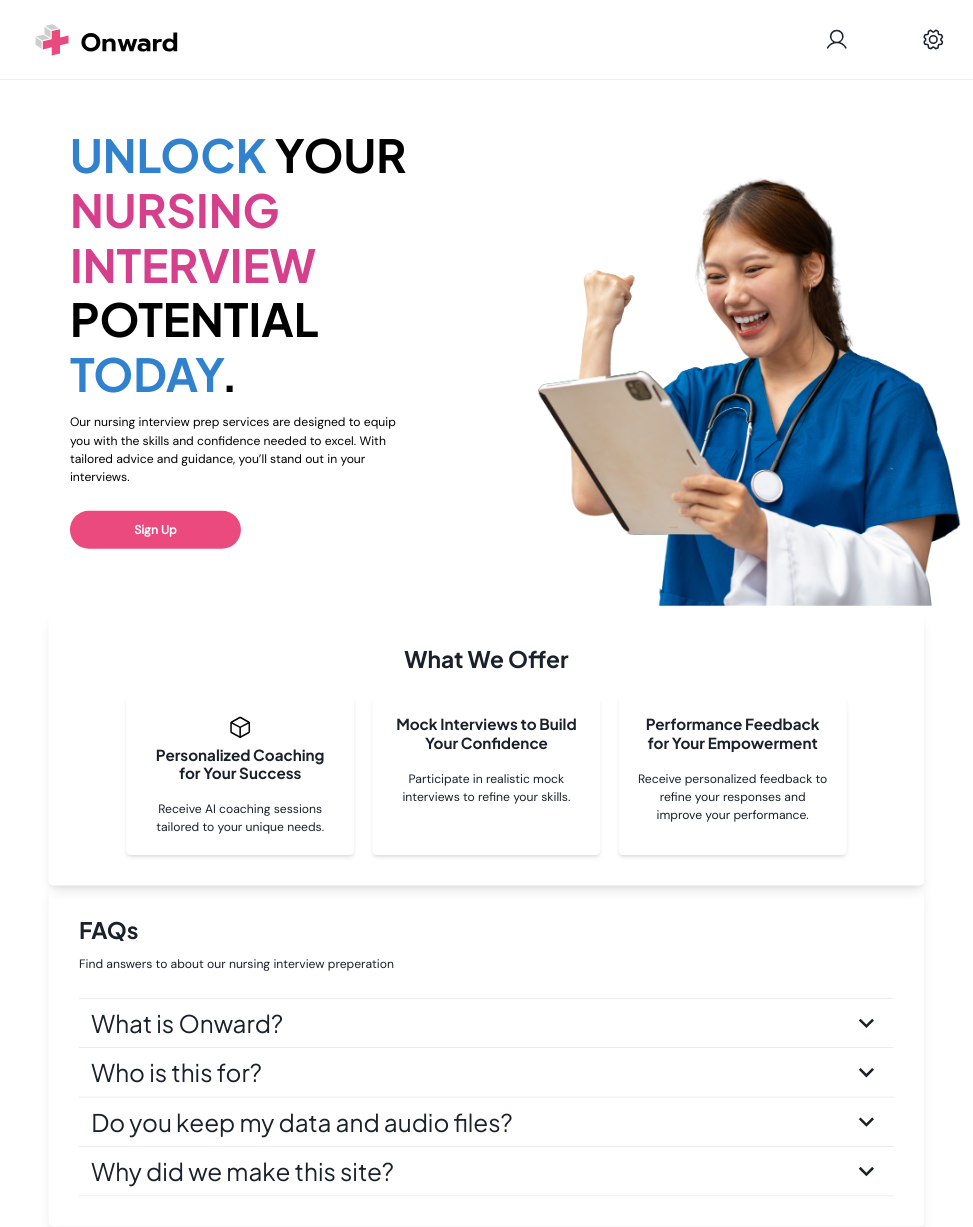
Repository: Aladdin3r/onward
Page: /landing-page
These files come from the project's save history. The page is drawn as it stood at one moment and after the next save; the edit follows.
The browser window is 1280 px wide. The pictures show the whole page, at 76% of full size.
The project was rebuilt for these pictures with package versions that can differ from the ones it lists, and the page was loaded fresh each time. The framework's server and built-in components were replaced by stand-ins that run in the browser. Also part of the build but not shown: next.config.mjs, styles/components/AppTopNav.js, styles/components/Layout.js.

Above is the page before, as saved 2024-10-29 02:49:47.

### pages/_app.js
import { ChakraProvider } from "@chakra-ui/react";
import theme from "@/styles/theme";

function MyApp({ Component, pageProps }) {
  return (
    <ChakraProvider theme={theme}>
      <Component {...pageProps} />
    </ChakraProvider>
  );
}

export default MyApp;

### pages/_document.js
import { Html, Head, Main, NextScript } from "next/document";

export default function Document() {
  return (
    <Html lang="en">
      <Head>
        <link
          href="https://fonts.googleapis.com/css2?family=DM+Sans:wght@400&family=Plus+Jakarta+Sans:wght@400;600;700&display=swap"
          rel="stylesheet"
        />
      </Head>
      <body>
        <Main />
        <NextScript />
      </body>
    </Html>
  );
}

### pages/landing-page.js
import {
    Box,
    Flex,
    Heading,
    Text,
    Stack,
    Button,
    Accordion,
    AccordionItem,
    AccordionButton,
    AccordionPanel,
    AccordionIcon,
    Image
} from "@chakra-ui/react";
import Layout from "@/styles/components/Layout";
import TopNav from "@/styles/components/TopNav";
import AppTopNav from "@/styles/components/AppTopNav";
import { useRouter } from 'next/router';

export default function Home() {
    const router = useRouter();

    // Button action function
    const handleSignUp = () => {
        router.push('/signup'); // Navigate to the sign-up page
    };

    return (
        <>
            {/* Hero Section */}
            <TopNav />

            <Flex //hero card
                p={3}
                width="100%"
                mb={0}
                flexDirection="row"
                alignItems="center"
                justifyContent="space-between"
                gap="2rem"  // Adds a gap between text and image
            >

                <Flex //left text
                    flexDirection="column" zIndex={1}
                    ml="20"
                >
                    <Heading
                        fontFamily="heading"
                        fontSize="6xl"
                        fontWeight="bold"
                        width="88%"
                        mb={4}
                    >
                        <Text as="span" color="blue.500">UNLOCK </Text>
                        <Text as="span" color="black">YOUR </Text>
                        <Text as="span" color="pink.500">NURSING INTERVIEW </Text>
                        <Text as="span" color="black">POTENTIAL </Text>
                        <Text as="span" color="blue.500">TODAY</Text>
                        <Text as="span" color="black">. </Text>
                    </Heading>
                    <Text fontFamily="body" fontSize="x" color="black" mb={6} width="78%">
                        Our nursing interview prep services are designed to equip you with the skills and confidence needed to excel. With tailored advice and guidance, you’ll stand out in your interviews.
                    </Text>
                    <Button
                        mt="2"
                        bg="#EA4A7D"
                        color="#FFFFFF"
                        width="50%"
                        height="50px"
                        maxW="225px"
                        fontWeight="semibold"
                        fontSize="16px"
                        borderRadius="full"
                        px="6"
                        mb="6"
                    >
                        Sign Up
                    </Button>
                </Flex>

                <Box width="45%" flexShrink={0}>
                    <Image
                        src="/images/ipad-nurse.png"
                        alt="IPad Nurse"
                        width="100%"
                        height="auto"
                        objectFit="cover"

                    />
                </Box>

            </Flex>



            {/* What We Offer Section */}
            <Box p={10} textAlign="center"  borderRadius="md" boxShadow="lg" maxW="90%" mx="auto" >
                <Heading fontFamily="heading" fontSize="3xl" mb={8}>What We Offer</Heading>
                <Flex justify="center" gap={6}>
                    <Stack width="300px" borderRadius="md" boxShadow="md" p={6} textAlign="center" alignItems="center">
                        <svg xmlns="http://www.w3.org/2000/svg" width="32" height="32" fill="#000000" viewBox="0 0 256 256"><path d="M223.68,66.15,135.68,18h0a15.88,15.88,0,0,0-15.36,0l-88,48.17a16,16,0,0,0-8.32,14v95.64a16,16,0,0,0,8.32,14l88,48.17a15.88,15.88,0,0,0,15.36,0l88-48.17a16,16,0,0,0,8.32-14V80.18A16,16,0,0,0,223.68,66.15ZM128,32h0l80.34,44L128,120,47.66,76ZM40,90l80,43.78v85.79L40,175.82Zm96,129.57V133.82L216,90v85.78Z"></path></svg>
                        <Heading fontFamily="heading" fontSize="xl" mb={4}>Personalized Coaching for Your Success</Heading>
                        <Text fontFamily="body">
                            Receive AI coaching sessions tailored to your unique needs.
                        </Text>
                    </Stack>
                    <Stack width="300px" borderRadius="md" boxShadow="md" p={6} textAlign="center">
                        <Heading fontFamily="heading" fontSize="xl" mb={4}>Mock Interviews to Build Your Confidence</Heading>
                        <Text fontFamily="body">
                            Participate in realistic mock interviews to refine your skills.
                        </Text>
                    </Stack>
                    <Stack width="300px" borderRadius="md" boxShadow="md" p={6} textAlign="center">
                        <Heading fontFamily="heading" fontSize="xl" mb={4}>Performance Feedback for Your Empowerment</Heading>
                        <Text fontFamily="body">
                            Receive personalized feedback to refine your responses and improve your performance.
                        </Text>
                    </Stack>
                </Flex>
            </Box>

            {/* FAQ Section */}
            <Box p={10} borderRadius="md" boxShadow="lg" maxW="90%" mx="auto">
                <Heading fontFamily="heading" fontSize="3xl" textAlign="left" mb={4}>FAQs</Heading>
                <Text fontFamily="body" fontSize="s" textAlign="left" mb={8}>
                    Find answers to about our nursing interview preperation
                </Text>
                <Accordion allowToggle>
                    <AccordionItem>
                        <h2>
                            <AccordionButton>
                                <Box as="span" flex="1" textAlign="left" fontFamily="heading">What is Onward?</Box>
                                <AccordionIcon />
                            </AccordionButton>
                        </h2>
                        <AccordionPanel pb={4} fontFamily="body">
                            Onward is an AI-powered personal interview coach designed for nurses to enhance their job interview skills.
                        </AccordionPanel>
                    </AccordionItem>
                    <AccordionItem>
                        <h2>
                            <AccordionButton>
                                <Box as="span" flex="1" textAlign="left" fontFamily="heading">Who is this for?</Box>
                                <AccordionIcon />
                            </AccordionButton>
                        </h2>
                        <AccordionPanel pb={4} fontFamily="body">
                            This service is designed for nurses, especially those new to the Canadian healthcare system.
                        </AccordionPanel>
                    </AccordionItem>
                    <AccordionItem>
                        <h2>
                            <AccordionButton>
                                <Box as="span" flex="1" textAlign="left" fontFamily="heading">Do you keep my data and audio files?</Box>
                                <AccordionIcon />
                            </AccordionButton>
                        </h2>
                        <AccordionPanel pb={4} fontFamily="body">
                            Yes, we securely store data as per our privacy policy to enhance your interview coaching experience.
                        </AccordionPanel>
                    </AccordionItem>
                    <AccordionItem>
                        <h2>
                            <AccordionButton>
                                <Box as="span" flex="1" textAlign="left" fontFamily="heading">Why did we make this site?</Box>
                                <AccordionIcon />
                            </AccordionButton>
                        </h2>
                        <AccordionPanel pb={4} fontFamily="body">
                            Onward aims to empower nurses by providing interview preparation tools tailored to their needs.
                        </AccordionPanel>
                    </AccordionItem>
                </Accordion>
            </Box>
        </>
    );
}

### styles/theme.js
import { extendTheme } from "@chakra-ui/react";
import { theme as chakraTheme } from "@chakra-ui/react";
import Button from './components/Button';
import { Stepper } from "@chakra-ui/react";

const fonts = {
    ...chakraTheme.fonts,
    body: "DM Sans",
    heading: "Plus Jakarta Sans",
}

const overrides = {
    ...chakraTheme,
    fonts,
    components: {
        Button: {
            ...Button,
        },
    },
    fontWeights: {
        normal: 400,
        medium: 500,
        bold: 700,
    },
    fontSizes: {
        xxs: "14pt",
        xs: "16pt",
        sm: "20pt",
        md: "24pt",
        lg: "32pt",
    },
    colors: {
       brand: {
        blushPink: "#EA4A7D",
        pastelBlue: "#CBD5FF",
        blueberryCreme: "#EBEFFF",
        frostWhite: "#FAFAFA",
        nightBlack: "#1f1f1f",
        platinum: "#e2e2e2",
        confirmationGreen: "#61CD3D",
        imperialRed: "EA4A4D",
        canaryYellow: "#EAE84A",
        oceanBlue: "#214DDF",
        pureWhite: "#FFFFFF"
        }
    },
    styles: {
        global: {
            body: {
                bg: "frostWhite",
            },
        },
    },
}

const customTheme = extendTheme(overrides);

export default customTheme;

### styles/components/TopNav.js
'use client'
import {
    Box,
    Flex,
    useColorModeValue,
    IconButton,
    Image,
    Link,
} from "@chakra-ui/react";
import { User, Gear } from "@phosphor-icons/react";

export default function TopNav() {
    const bgColor = useColorModeValue('#fff', 'brand.nightBlack');

    return (
        <Box bg={bgColor} px={4} borderBottom="1px solid #E6EAF2">
            <Flex h={"104px"} alignItems={'center'} justifyContent={'space-between'}>
                <Box fontSize={{ base: 'md', md: 'lg' }}>
                    <Link href="/">
                        <Image src="logo.svg" boxSize="253px" alt="Onward Logo" style={{ padding: "30px" }} />
                    </Link>
                </Box>
                <Flex alignItems={'center'}>
                    <Link href="/user">
                        <IconButton
                            aria-label="User settings"
                            icon={<User />}
                            variant="ghost"
                            mr="55px"
                        />
                    </Link>
                    <Link href="/settings">
                        <IconButton
                            aria-label="Settings"
                            icon={<Gear />}
                            variant="ghost"
                        />
                    </Link>
                </Flex>
            </Flex>
        </Box>
    );
}

### styles/components/Button.js
const Button = {
    baseStyle: {
      display: 'flex',
      borderRadius: '999px',
      fontFamily: 'DM Sans',
      _hover: {
        boxShadow: '0px 4px 4px 0px rgba(0, 0, 0, 0.45)',
      },
      padding: 3,
    },
    sizes: {
      xs: {
        fontSize: ['12pt', '14pt', '16pt'], // Responsive font sizes for xs
        px: [2, 3], // Responsive padding
      },
      sm: {
        fontSize: ['14pt', '16pt', '20pt'],
        px: [2, 4],
      },
      md: {
        fontSize: ['16pt', '20pt', '24pt'],
        px: [3, 5],
      },
      lg: {
        fontSize: ['20pt', '28pt', '32pt'],
        px: [4, 6],
      },
    },
    variants: {
      lgPrimary: {
        bg: 'brand.blushPink',
        color: 'brand.frostWhite',
        width: ['100%', '325px'], // 100% width on smaller screens
        height: '72px',
        fontSize: ['20pt', '28pt', '32pt'], // Responsive font size
        borderRadius: '999px',
      },
      mdPrimary: {
        bg: 'brand.blushPink',
        color: 'brand.frostWhite',
        width: ['100%', '225px'],
        height: '72px',
        fontSize: ['16pt', '20pt', '24pt'],
        borderRadius: '999px',
      },
      smPrimary: {
        bg: 'brand.blushPink',
        color: 'brand.frostWhite',
        width: ['100%', '150px'],
        height: '64px',
        fontSize: ['14pt', '16pt', '20pt'],
        borderRadius: '999px',
      },
      xsPrimary: {
        bg: 'brand.blushPink',
        color: 'brand.frostWhite',
        width: ['100%', '117px'],
        height: '32px',
        fontSize: ['12pt', '14pt', '18pt'],
        borderRadius: '999px',
      },
      lgSecondary: {
        bg: 'brand.platinum',
        color: 'brand.nightBlack',
        width: ['100%', '325px'],
        height: '72px',
        fontSize: ['20pt', '28pt', '32pt'],
        borderRadius: '999px',
        _hover: {
          bg: 'brand.blushPink',
          color: 'brand.frostWhite',
          boxShadow: '0px 4px 4px 0px rgba(0, 0, 0, 0.45)',
        },
      },
      mdSecondary: {
        bg: 'brand.platinum',
        color: 'brand.nightBlack',
        width: ['100%', '225px'],
        height: '72px',
        fontSize: ['16pt', '20pt', '24pt'],
        borderRadius: '999px',
        _hover: {
          bg: 'brand.blushPink',
          color: 'brand.frostWhite',
          boxShadow: '0px 4px 4px 0px rgba(0, 0, 0, 0.45)',
        },
      },
      smSecondary: {
        bg: 'brand.platinum',
        color: 'brand.nightBlack',
        width: ['100%', '150px'],
        height: '64px',
        fontSize: ['14pt', '16pt', '20pt'],
        borderRadius: '999px',
        _hover: {
          bg: 'brand.blushPink',
          color: 'brand.frostWhite',
          boxShadow: '0px 4px 4px 0px rgba(0, 0, 0, 0.45)',
        },
      },
      xsSecondary: {
        bg: 'brand.platinum',
        color: 'brand.nightBlack',
        width: ['100%', '117px'],
        height: '32px',
        fontSize: ['12pt', '14pt', '18pt'],
        borderRadius: '999px',
        _hover: {
          bg: 'brand.blushPink',
          color: 'brand.frostWhite',
          boxShadow: '0px 4px 4px 0px rgba(0, 0, 0, 0.45)',
        },
      },
    },
  };

  export default Button;

### styles/components/SideNav.js
import { useState } from "react";
import PropTypes from "prop-types";
import Link from "next/link";
import { Box, Flex, Text, VStack, Image } from "@chakra-ui/react";
import { ChalkboardTeacher, ClockCounterClockwise, UserSound, Presentation, User, Gear } from "@phosphor-icons/react";

// Define each variant and associated icon, label, and path(s)
const variants = {
  default: {
    label: "Dashboard",
    icon: <UserSound size={32} />,
    path: "/"
  },
  variant2: {
    label: "Mock Interview",
    icon: <ChalkboardTeacher size={32} />,
    path: "/mock-interview"
  },
  variant3: {
    label: "Practice Interview",
    icon: <Presentation size={32} />,
    path: [
      "/practice-interview",
      "/practice-interview-filter",
      "/practice-interview-questions",
      "/practice-interview-answer",
      "/practice"
    ]
  },
  variant4: {
    label: "History",
    icon: <ClockCounterClockwise size={32} />,
    path: "/history"
  },
};

// Define the bottom section items with default values
const defaultBottomVariants = {
  account: {
    label: "Account",
    icon: <User size={18} />,
    path: "/account"
  },
  settings: {
    label: "Settings",
    icon: <Gear size={18} />,
    path: "/settings"
  },
  signOut: {
    label: "Sign Out",
    icon: null,
    path: "/"
  }
};

// Main SideNavBar component
export const SideNavBar = ({ activeVariant, bottomVariants = defaultBottomVariants }) => {
  return (
    <Flex
      bg="brand.blueberryCreme"
      height="100vh"
      width="280px"
      position="fixed"
      flexDir="column"
    >
      {/* logo box */}
      <Box fontSize={{ base: 'sm', md: 'md' }} mt="1rem">
        <Link href="/">
          <Image src="logo.svg" alt="Onward Logo" style={{ padding: "0.6rem" }} width="100%" />
        </Link>
      </Box>

      {/* nav menu */}
      <Box mt="1.5rem" overflow="hidden">
        <VStack align="flex-start" spacing={2} width="100%" ml="10%">
          {variants && Object.keys(variants).map((variant) => {
            const isActive = activeVariant === variant;
            return (
              <Link href={Array.isArray(variants[variant].path) ? variants[variant].path[0] : variants[variant].path} key={variant} passHref>
                <Flex
                  align="center"
                  cursor="pointer"
                  width="280px"
                  bg={isActive ? "brand.blushPink" : "none"} // Active background
                  color={isActive ? "brand.frostWhite" : "initial"} // Active text color
                  p={3}
                  borderLeftRadius="26px"
                  transition="transform 0.5s ease-in-out, background-color 0.4s, color 0.4s"
                  _hover={{
                    bg: "brand.blushPink",
                    color: "brand.frostWhite",
                    borderRadius: "26px 0 0 26px",
                    transition: "background-color 0.3s, transform 0.3s",
                  }}
                >
                  <Box pl={isActive ? "5rem" : 0} mr={4}>
                    {variants[variant].icon}
                  </Box>
                  <Text fontFamily="body" fontSize="18px" fontWeight="bold">
                    {variants[variant].label}
                  </Text>
                </Flex>
              </Link>
            );
          })}
        </VStack>
      </Box>

      {/* Bottom Section for Account, Settings, and Sign Out Links */}
      <Box mb={2} mt="13rem" width="100%">
        <VStack width="100%" align="flex-end">
          {bottomVariants && Object.keys(bottomVariants).map((variant) => {
            const isActive = activeVariant === variant;
            return (
              <Link
                href={bottomVariants[variant].path}
                key={variant}
                passHref
              >
                <Flex
                  align="center"
                  cursor="pointer"
                  width="100%"
                  height="1.3rem"
                  bg={isActive ? "brand.blushPink" : "none"} // Active background
                  color={isActive ? "brand.frostWhite" : "initial"} // Active text color
                  borderRadius="md"
                  pr="1.5rem"
                  transition="transform 0.3s ease-in-out, background-color 0.3s, color 0.3s"
                  _hover={{
                    color: "brand.blushPink",
                    borderRadius: "26px 0 0 26px",
                    transition: "background-color 0.3s, transform 0.3s",
                  }}
                >

                  <Box mr={3}>
                    {bottomVariants[variant].icon}
                  </Box>
                  <Text fontFamily="body" fontSize="18px" fontWeight="regular" textAlign="left"
                    textDecoration={variant === 'signOut' ? 'underline' : 'none'}
                  >
                    {bottomVariants[variant].label}
                  </Text>
                </Flex>
              </Link>
            );
          })}
        </VStack>
      </Box>
    </Flex>
  );
};

SideNavBar.propTypes = {
  activeVariant: PropTypes.oneOf(["variant4", "variant2", "variant3", "default"]),
  bottomVariants: PropTypes.object, // Define bottomVariants as an optional object
};

SideNavBar.defaultProps = {
  bottomVariants: {},
};

After the next save:
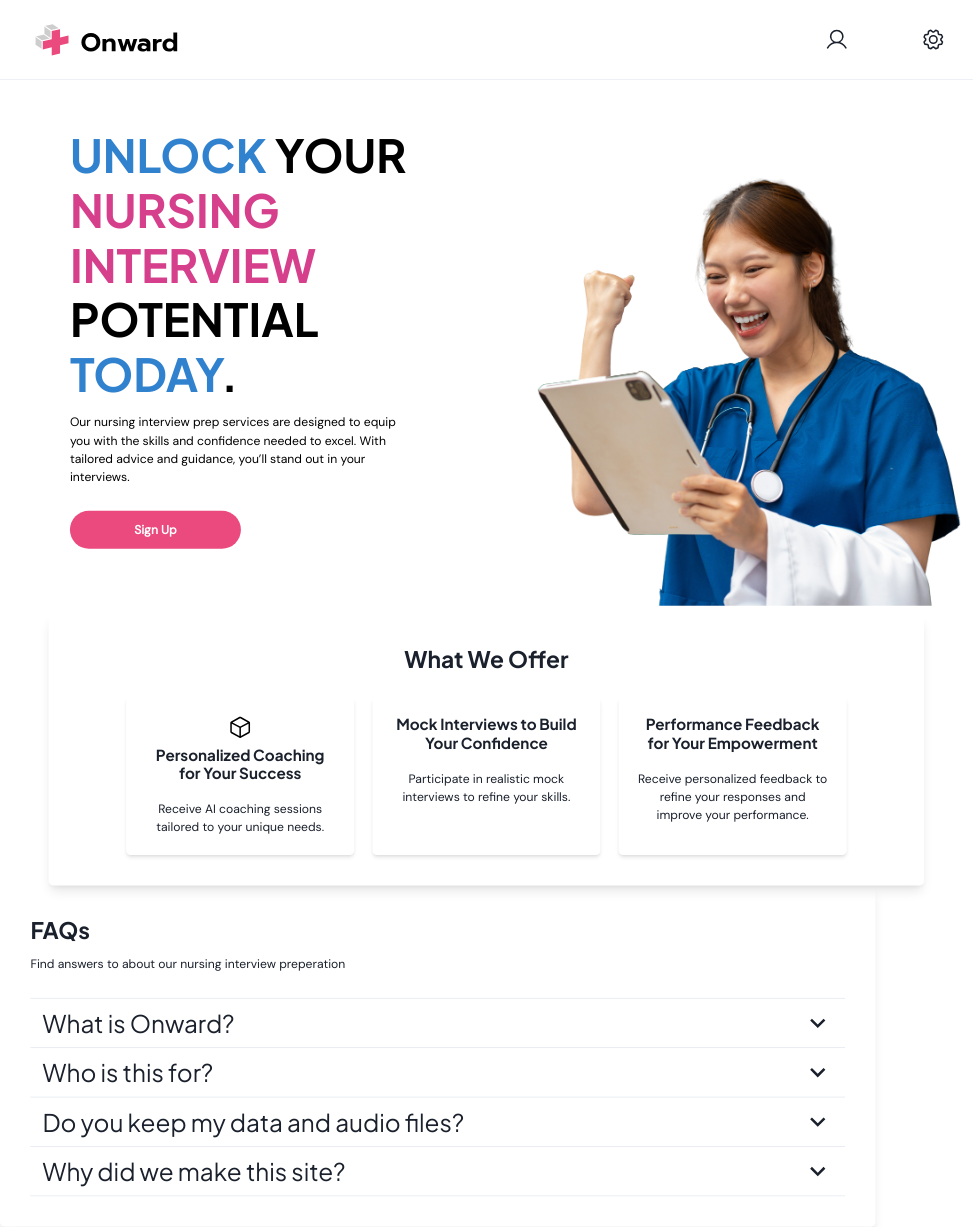
Saved 20 s later.
--- a/pages/landing-page.js
+++ b/pages/landing-page.js
@@ -120,7 +120,7 @@ export default function Home() {
             </Box>
 
             {/* FAQ Section */}
-            <Box p={10} borderRadius="md" boxShadow="lg" maxW="90%" mx="auto">
+            <Box p={10} borderRadius="md" boxShadow="lg" maxW="90%" maxmx="auto">
                 <Heading fontFamily="heading" fontSize="3xl" textAlign="left" mb={4}>FAQs</Heading>
                 <Text fontFamily="body" fontSize="s" textAlign="left" mb={8}>
                     Find answers to about our nursing interview preperation
